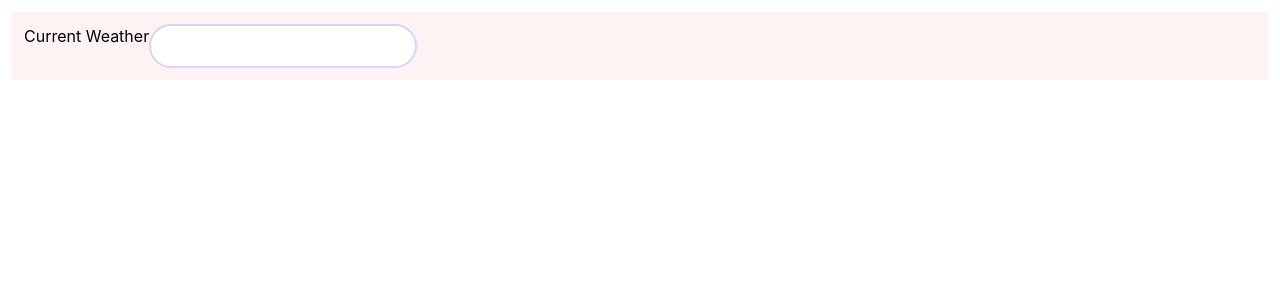
Repository: clintonmedbery/weather-client
Page: /
These files come from the project's save history. The page is drawn as it stood at one moment and after the next save; the edit follows.
The browser window is 1280 px wide. The pictures show the whole page.
The project was rebuilt for these pictures with package versions that can differ from the ones it lists, and the page was loaded fresh each time. Also part of the build but not shown: craco.config.js.

Above is the page before, as saved 2021-04-14 13:19:54.

### src/App.js
import logo from './logo.svg';
import './App.css';
import WeatherPage from './modules/weather-page.component';

function App() {
  return (
    <div className="App">
      <WeatherPage/>
    </div>
  );
}

export default App;

### src/modules/weather-page.component.js
import React, { useState, useEffect } from 'react'
import { Input } from '../ui-components/input.component'

const WeatherPage = props => {
  let [WeatherPage, setWeatherPages] = useState([])
  useEffect(() => {}, [])
  return (
    <>
      <Header />
    </>
  )
}

export default WeatherPage

const Header = () => {
  return (
    <div className="flex w-90 bg-red-50 m-3 p-3">
      <div className="flex">Current Weather</div>
      <Input />
    </div>
  )
}

### src/ui-components/input.component.js
import React from 'react'

export const INPUT_TYPES = Object.freeze({
  TEXT: 'text',
  PASSWORD: 'password'
})

export const Input = ({
  type = INPUT_TYPES.TEXT,
  placeholder,
  onChange,
  value,
  className = '',
  error,
  inputProps
}) => {


  return (
    <input
      placeholder={placeholder}
      type={type}
      className={`rounded-full ${
        error ? 'border-red-500' : 'border-lightblue'
      } border-2 p-2 focus:outline-none focus:border-blue-500 ${className}`}
      value={value}
      onChange={onChange}
      {...inputProps}
    />
  )
}

### tailwind.config.js
const colors = require('tailwindcss/colors')

module.exports = {
  purge: ['./src/**/*.{js,jsx,ts,tsx}', './public/index.html'],
  darkMode: false, // or 'media' or 'class'
  theme: {
    extend: {
      colors: {
        indigo: {
          DEFAULT: '#281A71'
        },
        purplegray: {
          DEFAULT: '#2E3241'
        },
        lightblue: {
          20: '#EEEBFF',
          DEFAULT: '#D9D2FB'
        },
        lightgray: {
          DEFAULT: '#9A9DA3'
        },
        disabledgray: {
          DEFAULT: '#C9CCD2'
        }
      }
    }
  },
  variants: {
    extend: {}
  },
  plugins: []
}

Loaded but not shown: public/index.html (common file); src/index.js (common file); src/index.css (common file); src/reportWebVitals.js (common file); src/App.css (common file)

After the next save:
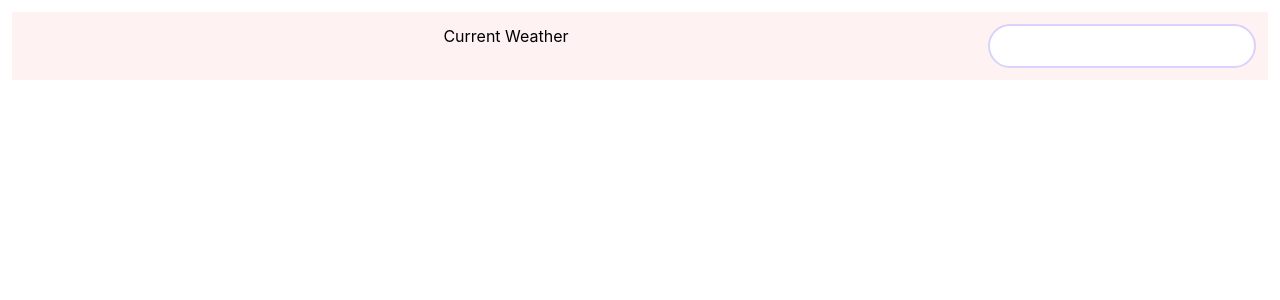
Saved 15 s later.
--- a/src/modules/weather-page.component.js
+++ b/src/modules/weather-page.component.js
@@ -16,7 +16,7 @@ export default WeatherPage
 const Header = () => {
   return (
     <div className="flex w-90 bg-red-50 m-3 p-3">
-      <div className="flex">Current Weather</div>
+      <div className="flex-grow">Current Weather</div>
       <Input />
     </div>
   )
